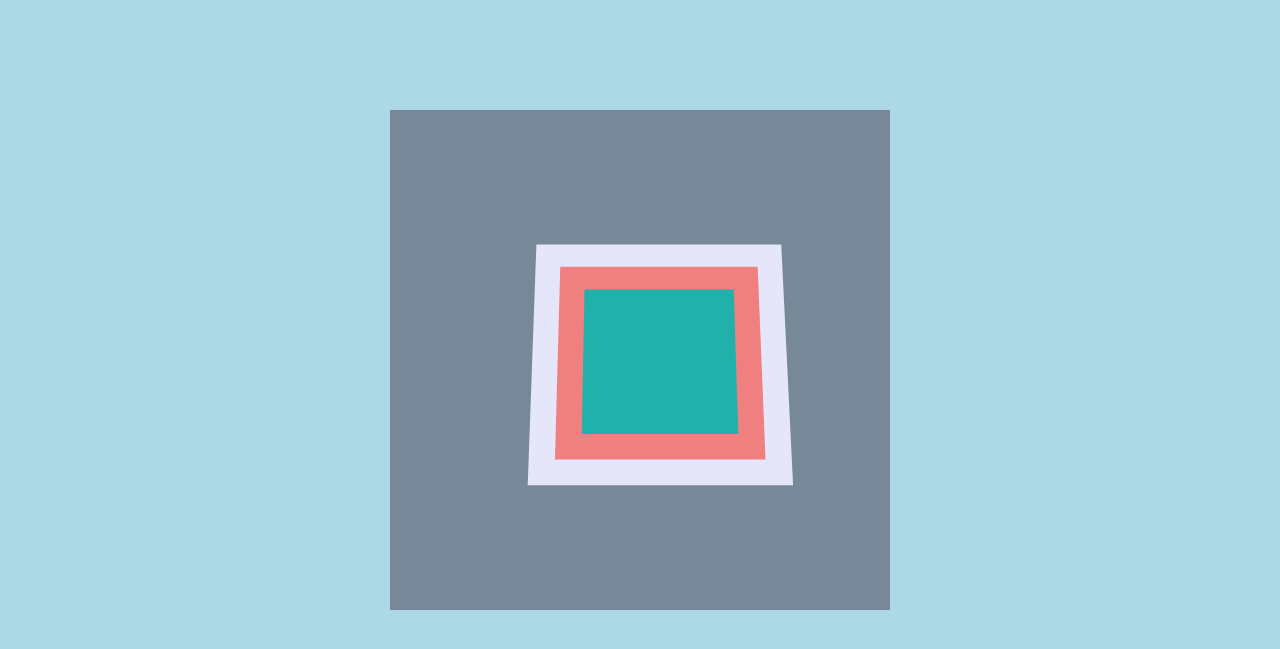
Repository: safak/animation
Page: index.html
The author's editor kept a copy of each file at every save. The page is drawn from the files as they stood at one save, then again after the next save.
The browser window is 1280 px wide. The pictures show the whole page.
The pointer rests on the first visible `.container`.

Above is the page before, as saved 2020-12-18 10:13:50.

After the next save:
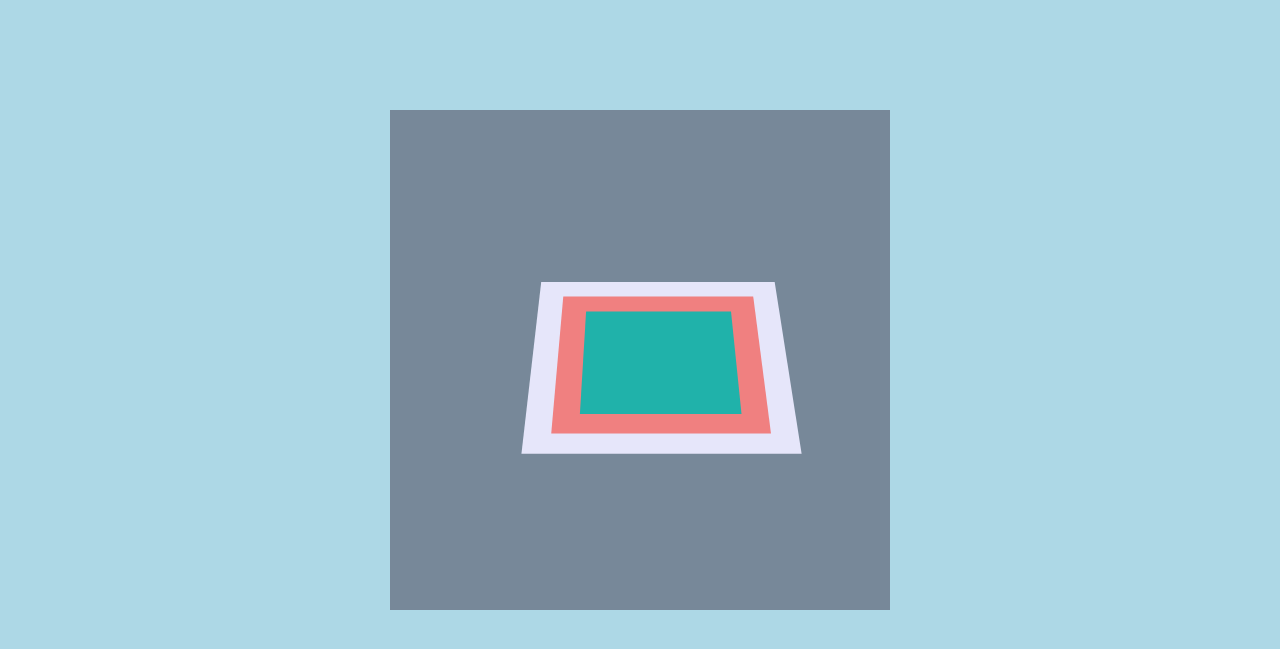
Saved 10 s later.
--- a/style.css
+++ b/style.css
@@ -46,5 +46,5 @@ body {
 
 .container:hover .box {
   transform: perspective(1000px) translateX(20px) translateZ(20px)
-    rotateX(20deg);
+    rotateX(50deg);
 }
